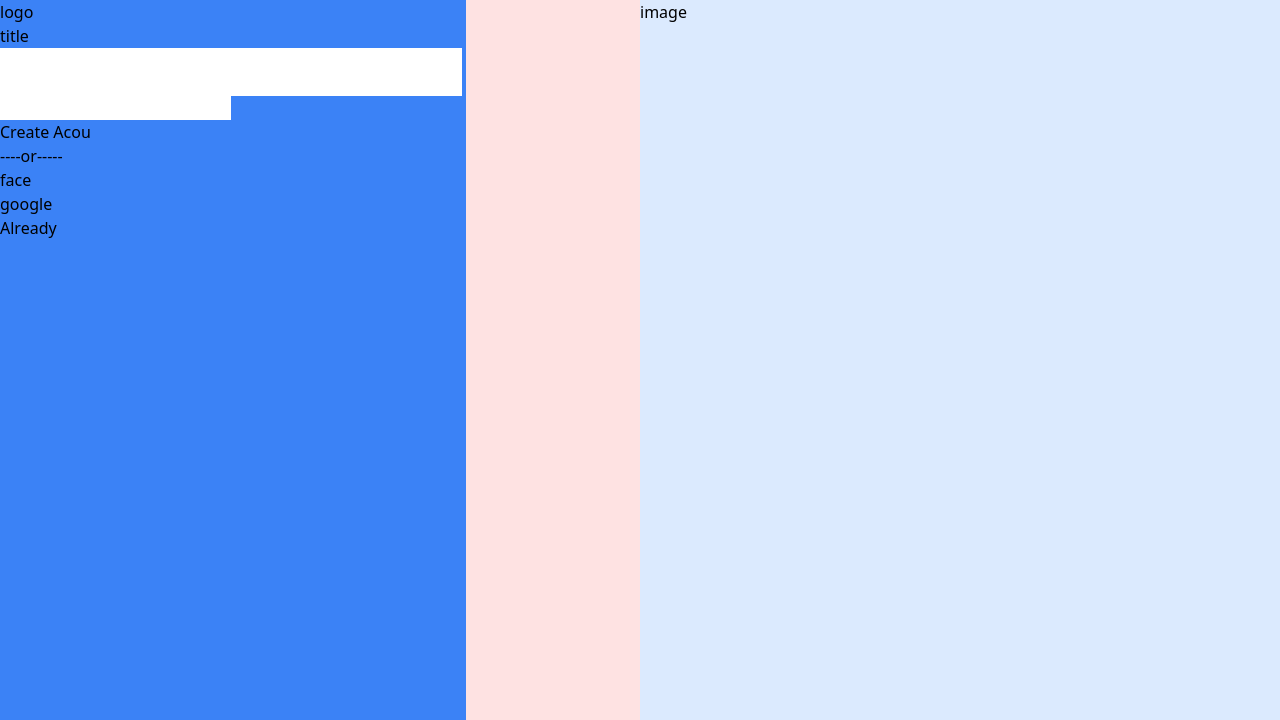
Repository: Abdibaye/Job-Sphere
Page: /
These files come from the project's save history. The page is drawn as it stood at one moment and after the next save; the edit follows.
The browser window is 1280 px wide. The pictures show the whole page.
The project was rebuilt for these pictures with package versions that can differ from the ones it lists, and the page was loaded fresh each time. Also part of the build but not shown: vite.config.js, src/components/navbar.jsx, src/components/search.jsx, src/components/job.jsx, src/components/feed.jsx, src/components/saved.jsx, src/components/filter.jsx, src/components/pagination.jsx and 2 more.

Above is the page before, as saved 2025-02-18 10:10:55.

After the next save:
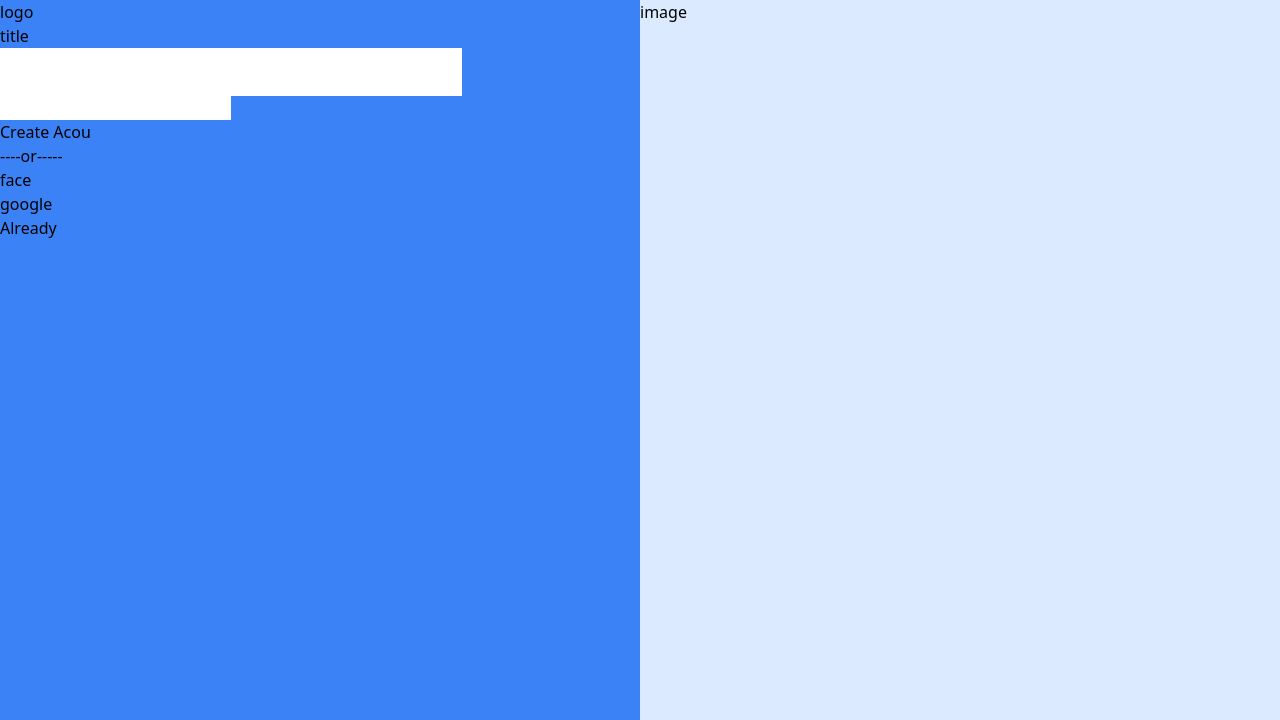
Saved 10 s later.
--- a/src/pages/Signup.jsx
+++ b/src/pages/Signup.jsx
@@ -6,7 +6,7 @@ function SignUp() {
     return(
         <div className="flex h-screen ">
             <div className="flex justify-items-center  bg-red-100 w-1/2">
-              <div className="w-[466px] bg-blue-500">
+              <div className=" bg-blue-500">
                  <div>logo</div>
                  <h1>title</h1>
                  <div>
